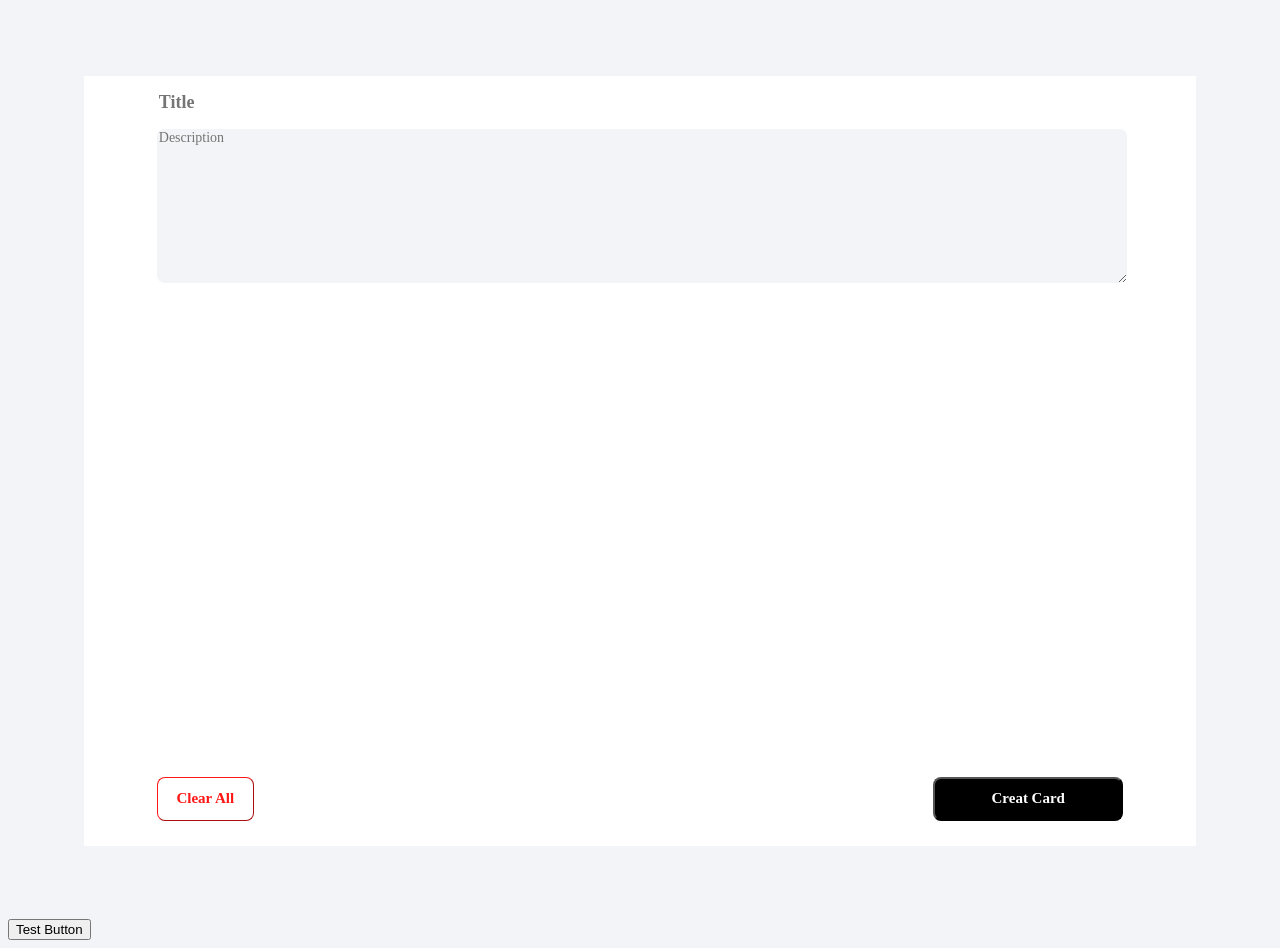
Repository: ReyhanehRahmani/TO-DO
Page: index.html
An editor plug-in stored every save of this project. The page is shown before and after the next save, followed by the edit.
The browser window is 1280 px wide. The pictures show the whole page.

Above is the page before, as saved 2025-06-08 00:42:28.

After the next save:
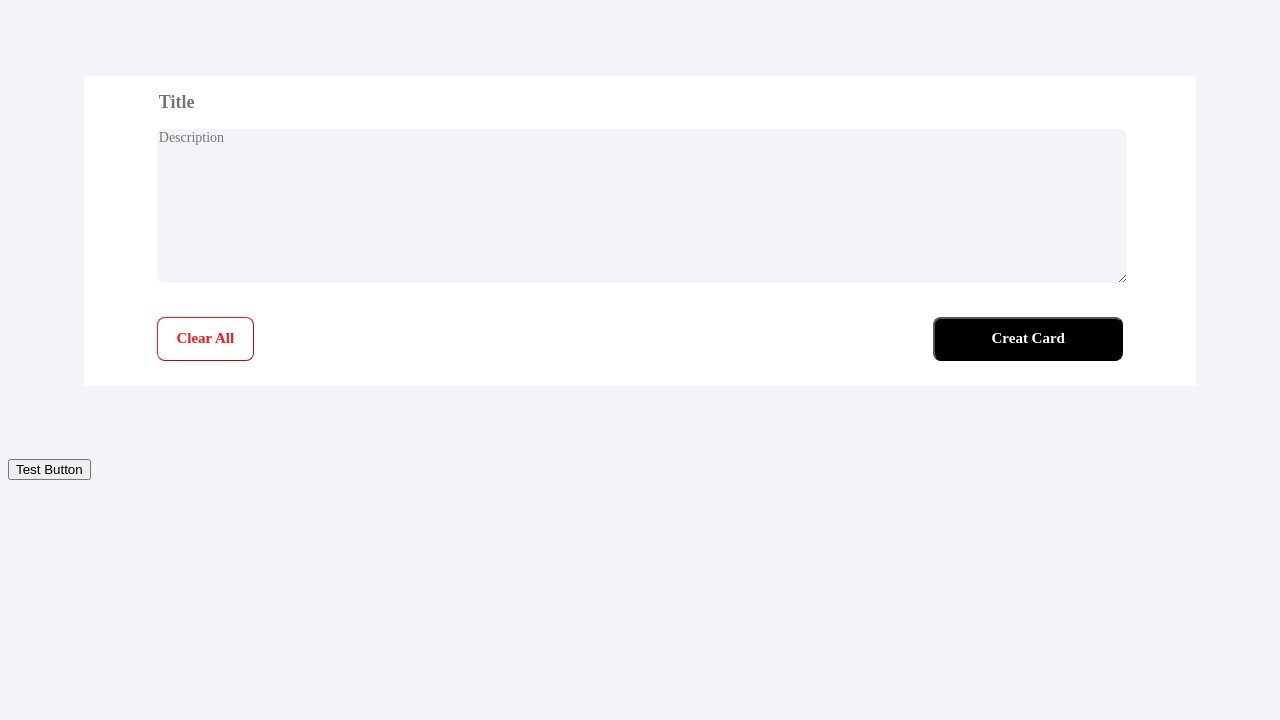
Saved 8 min 11 s later.
--- a/style.css
+++ b/style.css
@@ -47,7 +47,7 @@ body{
     display: flex;
     flex-direction: column;
     justify-content: space-between;
-    gap: 490px;
+    gap: 30px;
 }
 
 #buttons{
